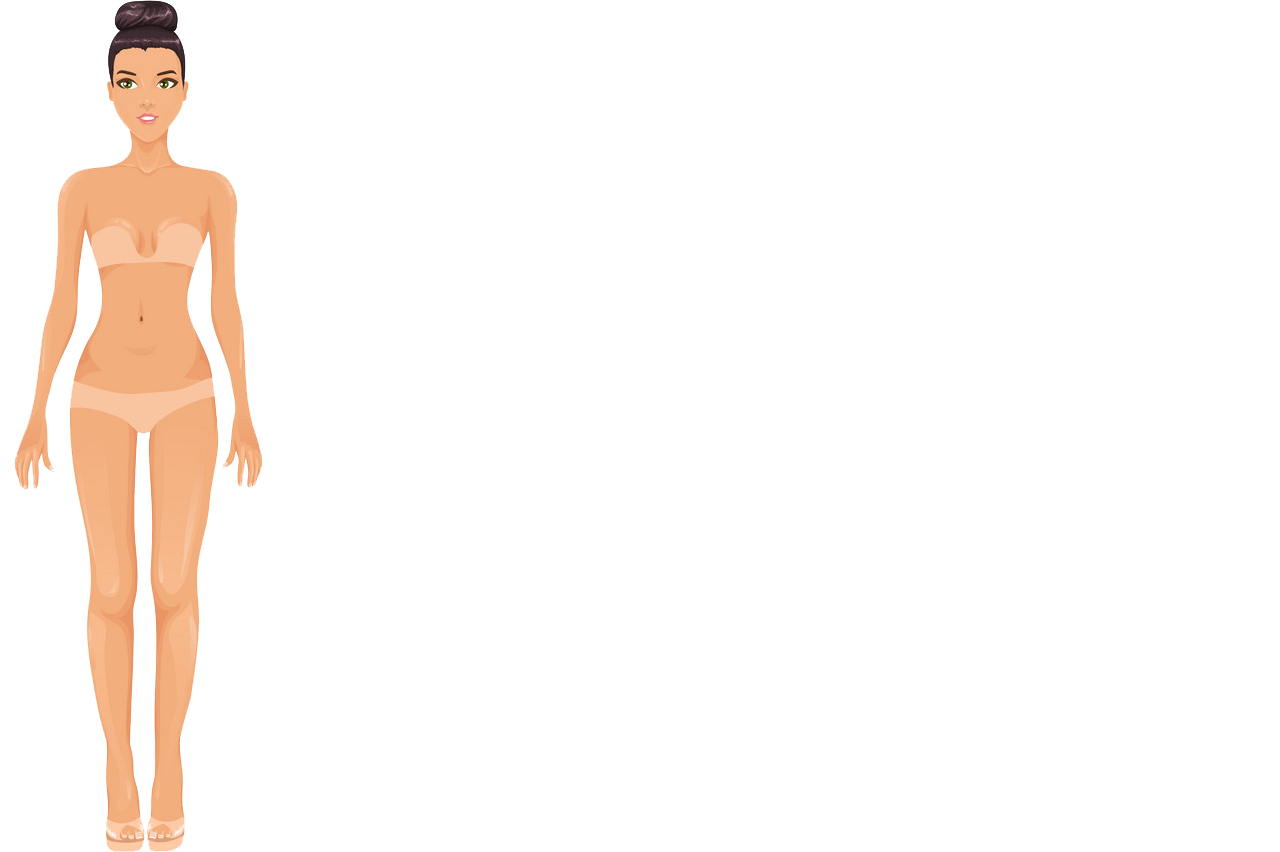
Repository: bunbubam/GameThayDoReactjs_NguyenKhacNghia
Page: /
The author's editor kept a copy of each file at every save. The page is drawn from the files as they stood at one save, then again after a run of saves.
The browser window is 1280 px wide. The pictures show the whole page.
The project was rebuilt for these pictures with package versions that can differ from the ones it lists, and the page was loaded fresh each time. Also part of the build but not shown: src/App.css.

Above is the page before, as saved 2022-03-30 14:41:48.

### public/index.html
<!doctype html>
<html lang="en">
  <head>
    <title>GameThaydo</title>
    <!-- Required meta tags -->
    <meta charset="utf-8">
    <meta name="viewport" content="width=device-width, initial-scale=1, shrink-to-fit=no">

    <!-- Bootstrap CSS -->
    <link rel="stylesheet" href="https://stackpath.bootstrapcdn.com/bootstrap/4.3.1/css/bootstrap.min.css" integrity="sha384-ggOyR0iXCbMQv3Xipma34MD+dH/1fQ784/j6cY/iJTQUOhcWr7x9JvoRxT2MZw1T" crossorigin="anonymous">
  </head>
  <body>
    <div id="root"></div>
    <!-- Optional JavaScript -->
    <!-- jQuery first, then Popper.js, then Bootstrap JS -->
    <script src="https://code.jquery.com/jquery-3.3.1.slim.min.js" integrity="sha384-q8i/X+965DzO0rT7abK41JStQIAqVgRVzpbzo5smXKp4YfRvH+8abtTE1Pi6jizo" crossorigin="anonymous"></script>
    <script src="https://cdnjs.cloudflare.com/ajax/libs/popper.js/1.14.7/umd/popper.min.js" integrity="sha384-UO2eT0CpHqdSJQ6hJty5KVphtPhzWj9WO1clHTMGa3JDZwrnQq4sF86dIHNDz0W1" crossorigin="anonymous"></script>
    <script src="https://stackpath.bootstrapcdn.com/bootstrap/4.3.1/js/bootstrap.min.js" integrity="sha384-JjSmVgyd0p3pXB1rRibZUAYoIIy6OrQ6VrjIEaFf/nJGzIxFDsf4x0xIM+B07jRM" crossorigin="anonymous"></script>
  </body>
</html>

### src/App.js
import logo from './logo.svg';
import './App.css';
import Dress from './gamethaydo/dress';

function App() {
  return (
    <Dress></Dress>
  );
}

export default App;

### src/gamethaydo/dress.js
import React, {Component} from 'react';
import Girl from './images/girl.png';

class Dress extends Component {
    state = {
        img : Girl
    }
    render() {
        return(
            <div className='container-fluid'>
                <div className='dress-main'>
                    <div className='row'>
                        <div className='col-12 col-xl-6'>
                            <img src={this.state.img}/>
                        </div>
                        <div className='col-12 col-xl-6'>

                        </div>
                    </div>
                </div>
            </div>
        )
    };
}
export default Dress;

Loaded but not shown: src/index.js (common file); src/index.css (common file); src/reportWebVitals.js (common file)

After the next 2 saves:
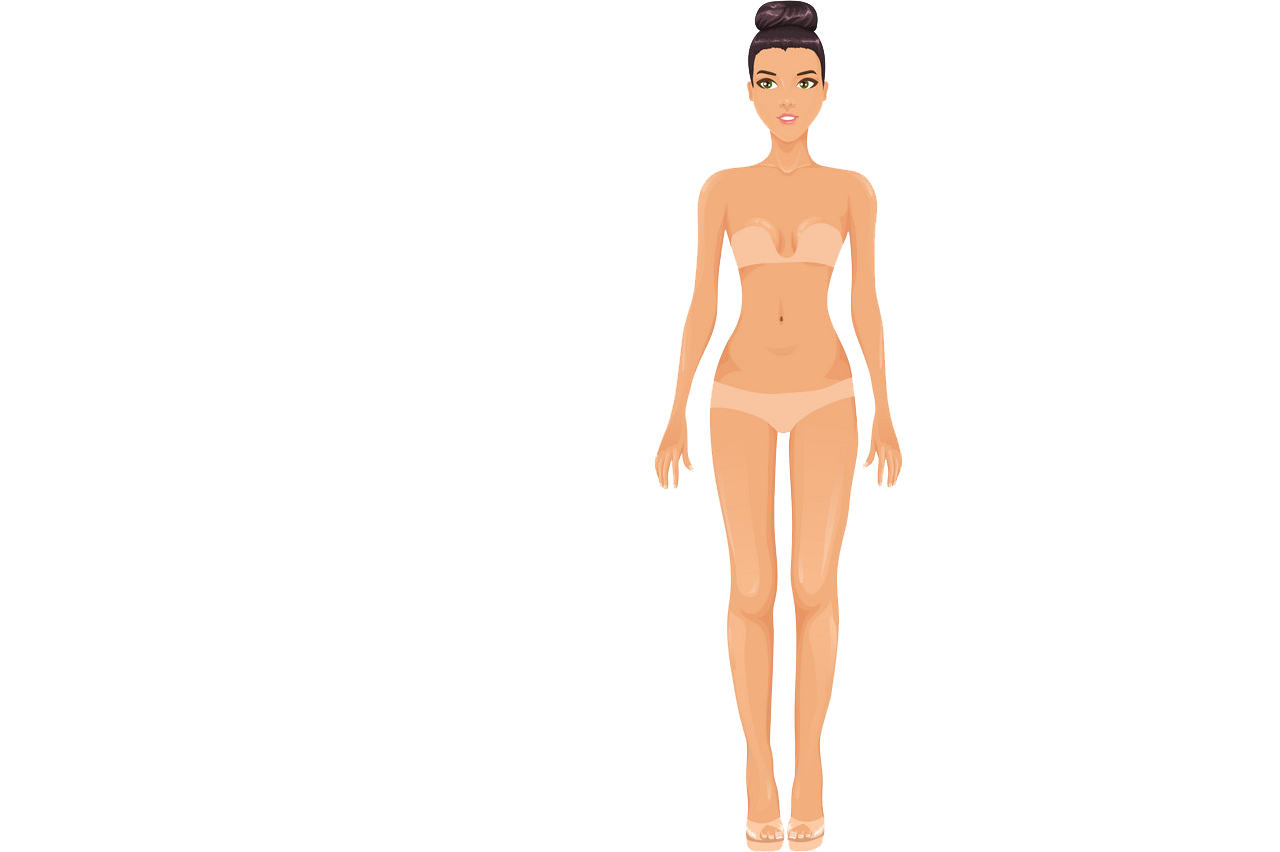
The 2 saves are shown as one change because they came seconds apart.
The last was saved 10 s later.
--- a/src/gamethaydo/dress.js
+++ b/src/gamethaydo/dress.js
@@ -11,10 +11,10 @@ class Dress extends Component {
                 <div className='dress-main'>
                     <div className='row'>
                         <div className='col-12 col-xl-6'>
-                            <img src={this.state.img}/>
+
                         </div>
                         <div className='col-12 col-xl-6'>
-
+                            <img src={this.state.img}/>
                         </div>
                     </div>
                 </div>
